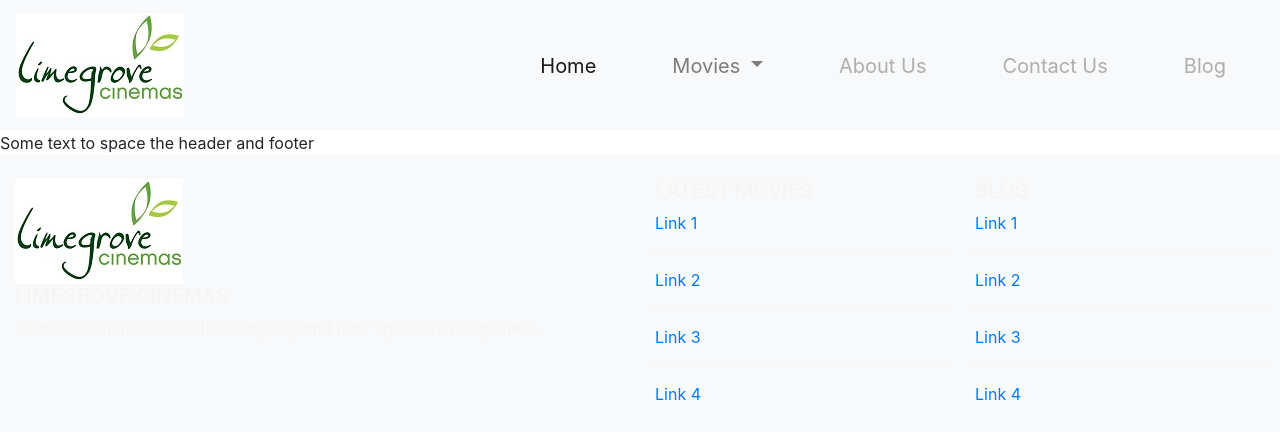
Repository: SimplyZacc/movie-web-template
Page: http://localhost/
These files come from the project's save history. The page is drawn as it stood at one moment and after the next save; the edit follows.
The browser window is 1280 px wide. The pictures show the whole page.
The page is run by PHP 8.4 with error messages shown; the project is at /var/www/html/.

Above is the page before, as saved 2020-03-28 11:07:27.

After the next save:
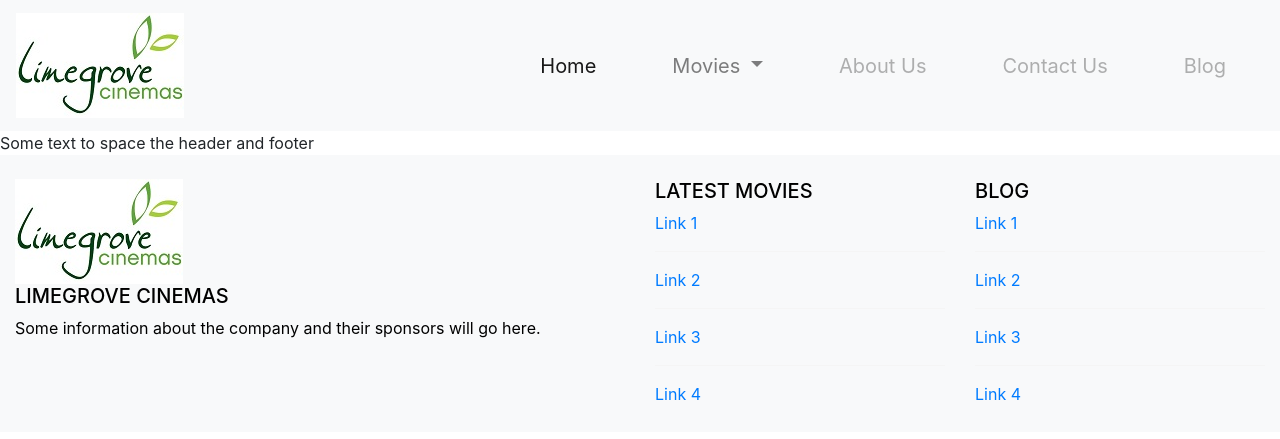
Saved 20 s later.
--- a/templates/footer.php
+++ b/templates/footer.php
@@ -1,4 +1,4 @@
-<footer class="page-footer font-small blue pt-4 bg-light" style="color: whitesmoke">
+<footer class="page-footer font-small blue pt-4 bg-light" style="color: black">
 
     <div class="container-fluid text-center text-md-left">
 
